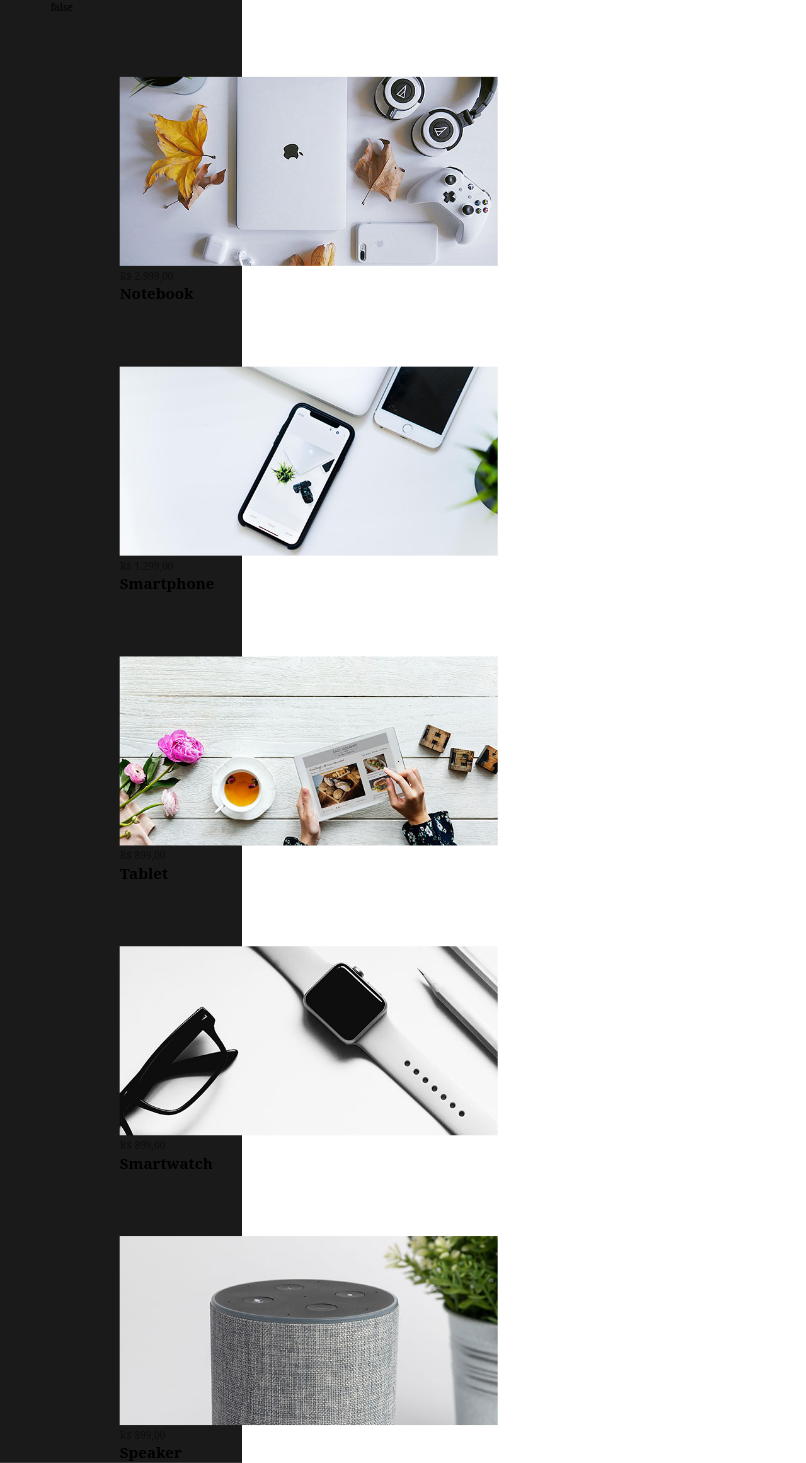
Repository: tomvieir/techno
Page: index.html
The author's editor kept a copy of each file at every save. The page is drawn from the files as they stood at one save, then again after a run of saves.
The browser window is 1280 px wide. The pictures show the whole page, at 63% of full size.

Above is the page before, as saved 2022-06-23 17:11:21.

After the next 4 saves:
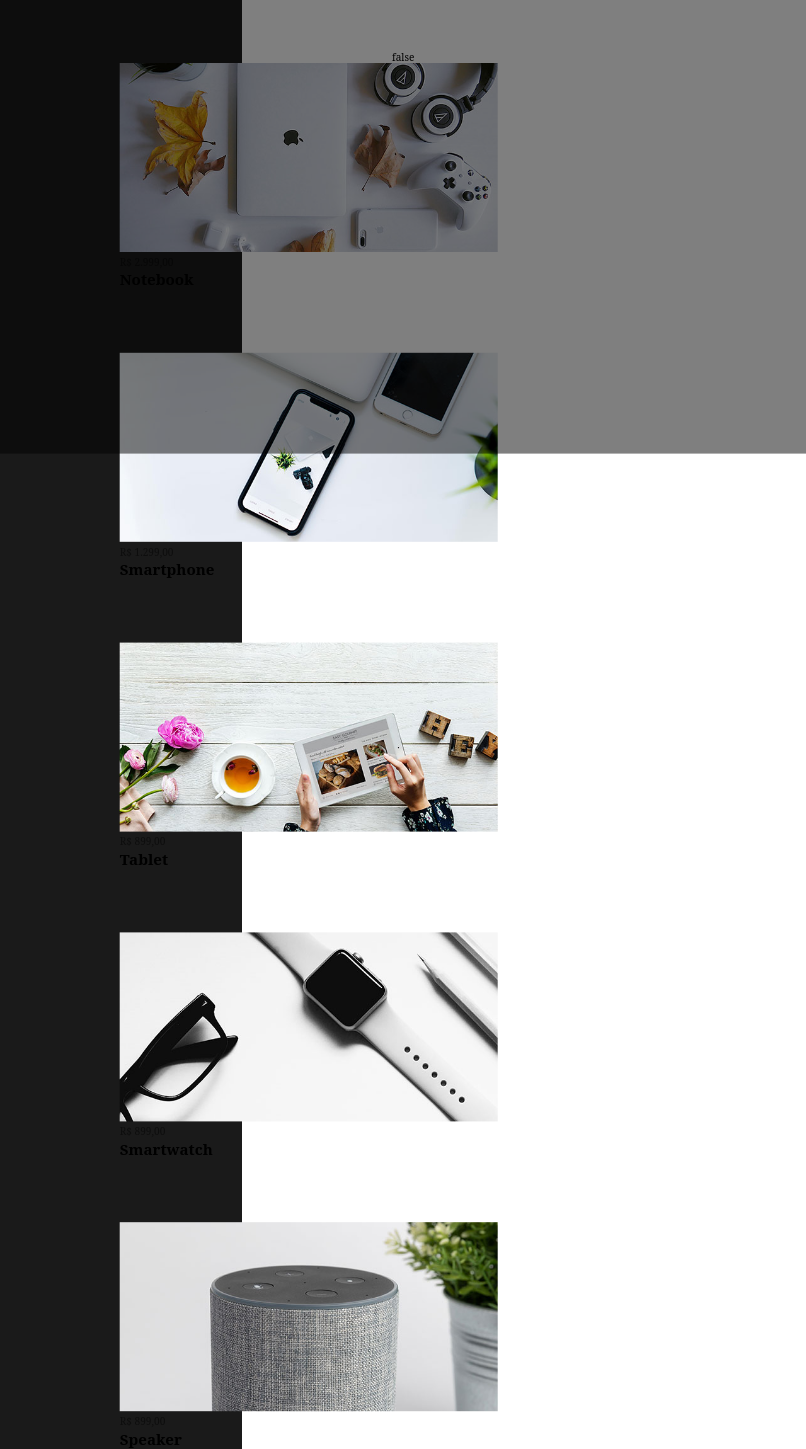
The 4 saves are shown as one change because they came seconds apart.
The last was saved 11 s later.
--- a/index.html
+++ b/index.html
@@ -11,7 +11,7 @@
 <body>
   <div id="app">
 
-    <section>
+    <section class="modal">
 
       {{produto}}
 
